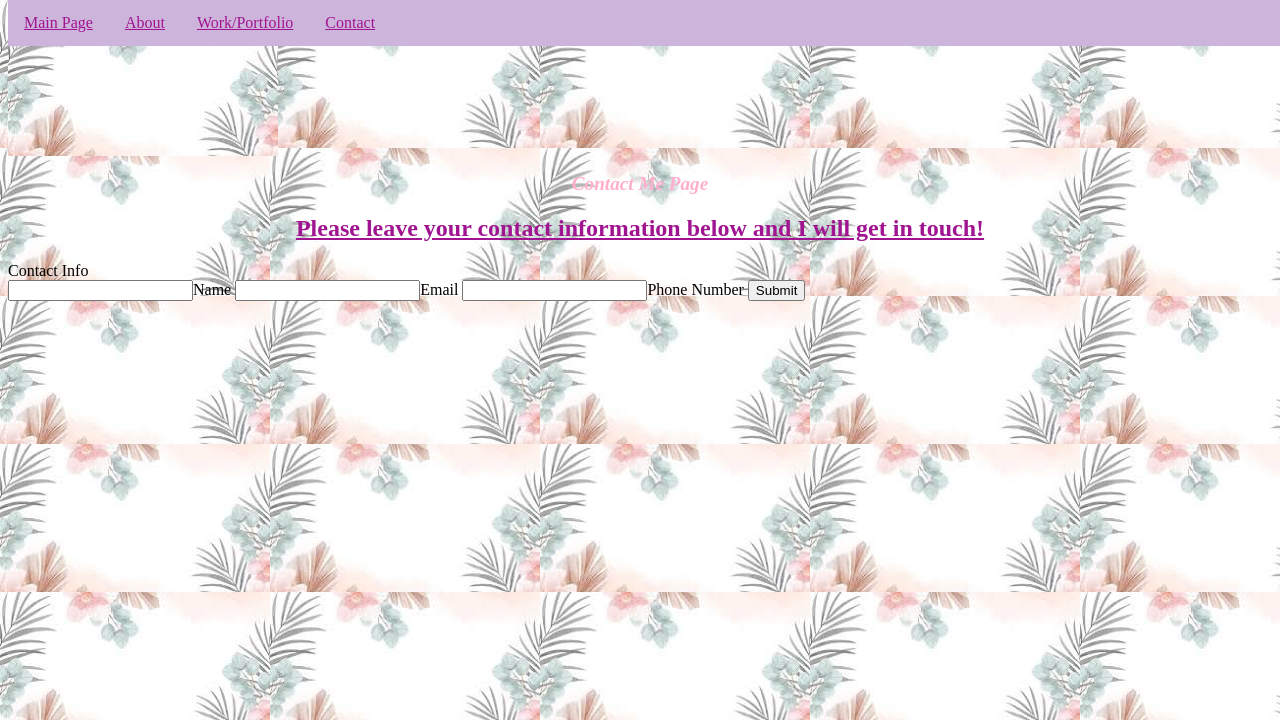
Repository: MelindaN14/My-Personal-Website
Page: contact.html
These files come from the project's save history. The page is drawn as it stood at one moment and after a run of saves; the edit follows.
The browser window is 1280 px wide. The pictures show the whole page.

Above is the page before, as saved 2024-03-25 22:30:44.

### contact.html
<!DOCTYPE html>
<html lang="en">
  <head>
    <meta charset="UTF-8" />
    <meta name="viewport" content="width=device-width, initial-scale=1.0" />
    <img src="contact backgound.jpeg" href="contact backgound.jpeg">
    <link rel="stylesheet" a href="style.css">
    <title>Contact</title>
    <!-- contact form needs a submit button along with email and phone  -->
  </head>
  <body>
    <style>
      body{
        background-image: url("contact\ backgound.jpeg");
        background-size:auto;
      }
    </style>
     <nav>
    <div class="navbar">
      <a href="index.html">Main Page</a>
      <a href="about.html">About</a>
      <a href="portfolio.html">Work/Portfolio</a>
      <a href="contact.html">Contact</a>
    </div>
    </nav>
    <h1>Contact Me Page</h1>
    <h2>Please leave your contact information below and I will get in touch!</h2>
    <label for="Form">Contact Info</label>
    <form action="" name="form">
      <input type="text" name="" id="">Name</input>
      <input type="text" name="" id="">Email</input>
      <input type="text" name="" id="">Phone Number</input>
      <input type="submit" name="https://google.com" id=""></input>
    </form>
  </body>
  <footer>
  </footer>
</html>

### style.css
/* Nav Bar */
.navbar {
  overflow: hidden;
  background-color: #cdb4db;
  position: fixed;
  top: 0;
  width: 100%;
}
/* Links */
.navbar a {
  float: left;
  display: block;
  color: #a11491;
  text-align: center;
  padding: 14px 16px;
}
/* Hover */
.navbar a:hover {
  background: #a2d2ff;
  color: black;
}
/* Main Content?? */
.main {
  margin-top: 30px; /* Add a top margin to avoid content overlay? */
}
.header {
  color: #7fb6ea;
  text-align: center;
}

h1 {
  color: #ffafcc;
  font-style: italic;
  font-size:larger;
  text-align: center;
}
h2{
    color:#a11491;
    font-weight: 500px;
    text-align: center;
    text-decoration: underline;
}
p {
  color: #cdb4db;
}

nav {
  color: #bde0fe;
}
/*body {
  background-image:url('floral.jpeg');
  padding: 2rem;
  display: flex;
  flex-direction: column;
  align-items: center;
  justify-content: center;
}*/

After the next 2 saves:
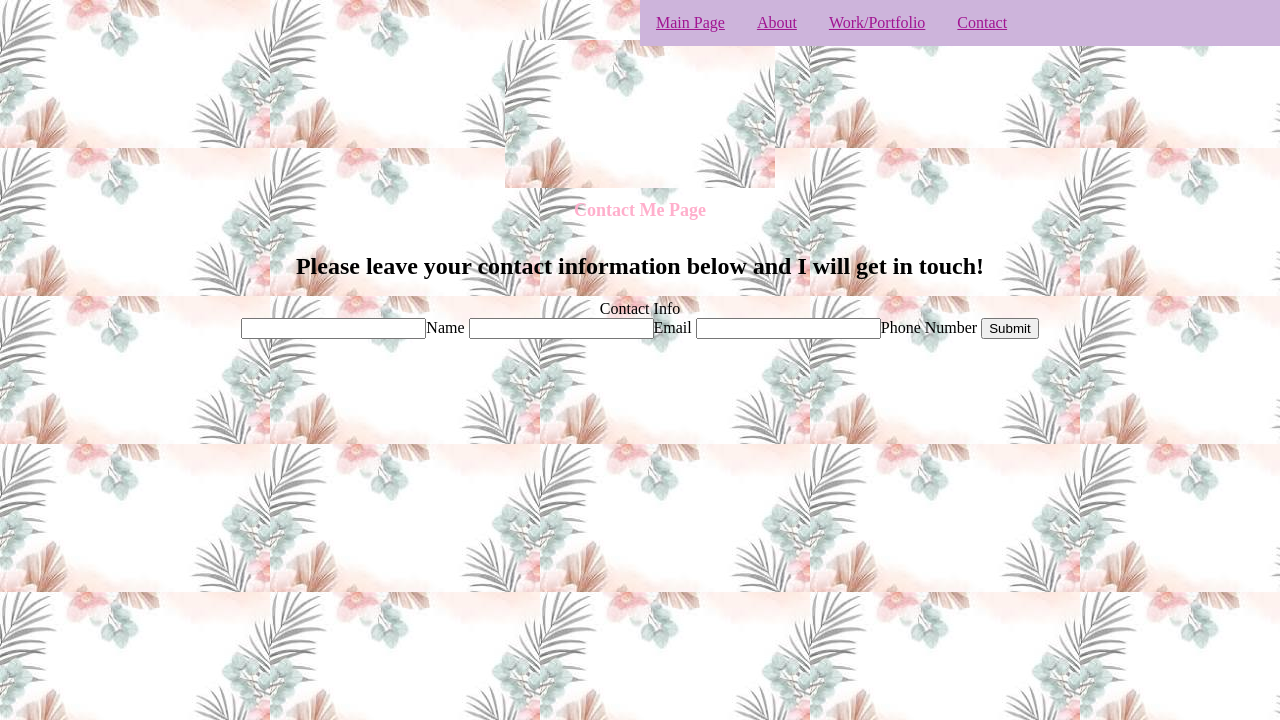
The 2 saves are shown as one change because they came seconds apart.
The last was saved 2 min 22 s later.
--- a/style.css
+++ b/style.css
@@ -30,16 +30,10 @@
 
 h1 {
   color: #ffafcc;
-  font-style: italic;
-  font-size:larger;
+  font-size: large;
   text-align: center;
 }
-h2{
-    color:#a11491;
-    font-weight: 500px;
-    text-align: center;
-    text-decoration: underline;
-}
+<
 p {
   color: #cdb4db;
 }
@@ -47,11 +41,11 @@ p {
 nav {
   color: #bde0fe;
 }
-/*body {
+body {
   background-image:url('floral.jpeg');
   padding: 2rem;
   display: flex;
   flex-direction: column;
   align-items: center;
   justify-content: center;
-}*/
+}
